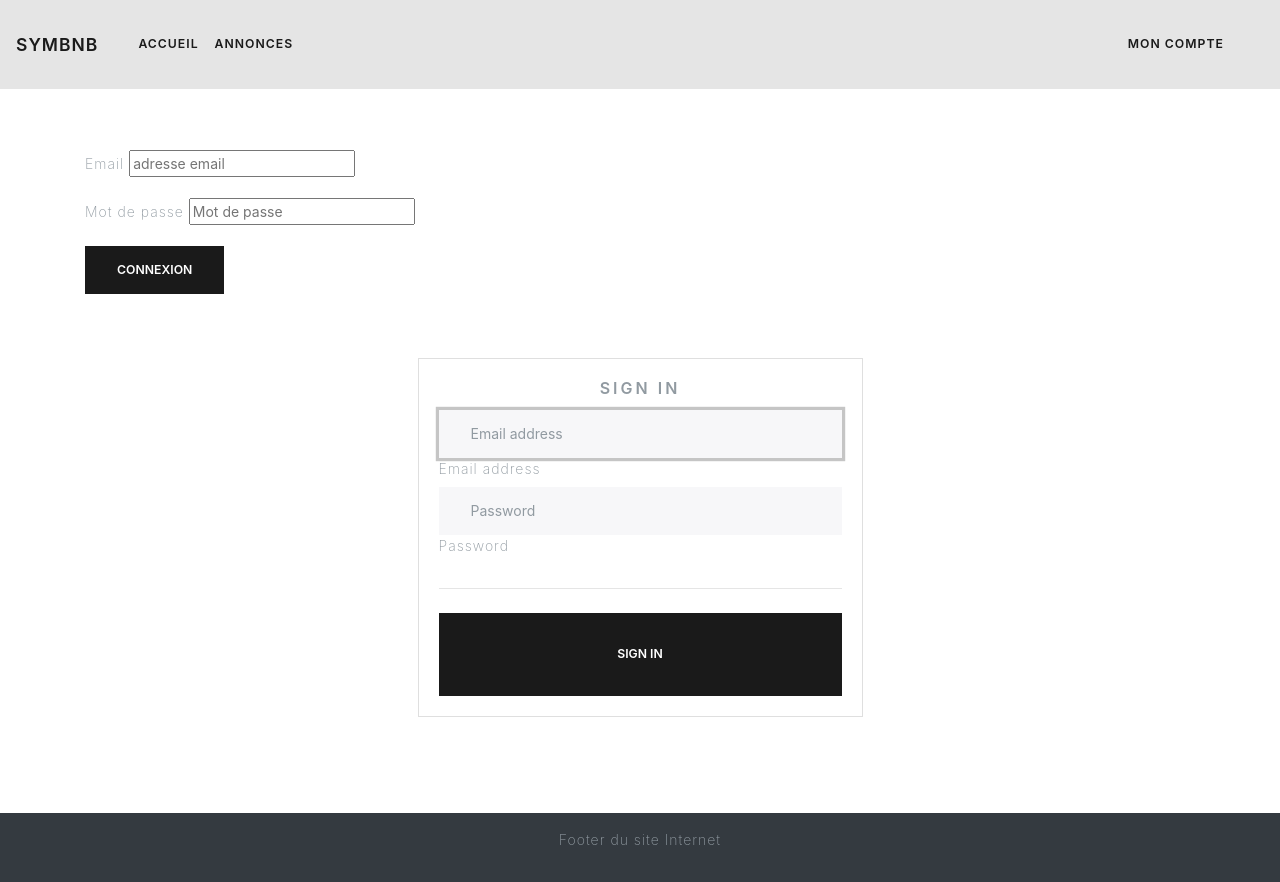
Repository: buzzEclair/symbnb
Page: templates/account/login.html.twig
The author's editor kept a copy of each file at every save. The page is drawn from the files as they stood at one save, then again after the next save.
The browser window is 1280 px wide. The pictures show the whole page.
Some web fonts or font styles are not loaded; a fallback is used. The page is a Twig template of a Symfony application; nobody is signed in and links lead nowhere. The template is opened directly, without the code that normally fills it, so the values that code supplies are empty.

Above is the page before, as saved 2019-03-03 17:01:43.

### templates/account/login.html.twig
{% extends 'base.html.twig' %}

{% block title %}Login!{% endblock %}

{% block body %}
<div class="container">
    <form action="">
        <div class="form-group">
            <label for="email">Email</label>
            <input type="text" name="_username" id="email" placeholder="adresse email">
        </div>
        <div class="form-group">
            <label for="password">Mot de passe</label>
            <input type="password" name="_password" id="password" placeholder="Mot de passe">
        </div>
        <div class="form-group">
            <button type="submit" class="btn btn-primary">Connexion</button>
        </div>
    </form>
    <div class="row">
    <div class="col-sm-9 col-md-7 col-lg-5 mx-auto">
        <div class="card card-signin my-5">
        <div class="card-body">
            <h5 class="card-title text-center">Sign In</h5>
            <form class="form-signin">
            <div class="form-label-group">
                <input type="email" id="inputEmail" class="form-control" placeholder="Email address" required autofocus>
                <label for="inputEmail">Email address</label>
            </div>

            <div class="form-label-group">
                <input type="password" id="inputPassword" class="form-control" placeholder="Password" required>
                <label for="inputPassword">Password</label>
            </div>

            <hr class="my-4">
            <button class="btn btn-lg btn-primary btn-block text-uppercase" type="submit">Sign in</button>


            </form>
        </div>
        </div>
    </div>
    </div>
</div>
{% endblock %}

### templates/base.html.twig
<!DOCTYPE html>
<html>
    <head>
        <meta charset="UTF-8">
        <title>{% block title %}Welcome!{% endblock %}</title>
        <link rel="stylesheet" href="/css/bootstrap.min.css">
        <link rel="stylesheet" href="/css/base.css">
        {% block stylesheets %}{% endblock %}
    </head>
    <body>

        {% include 'partials/header.html.twig' %}

        <style>
            .container{padding-top: 150px;}
        </style>
        {% block body %}{% endblock %}
        {% include 'partials/footer.html.twig' %}
        <script src="/js/jquery.min.js"></script>
        <script src="/js/popper.min.js"></script>
        <script src="/js/bootstrap.min.js"></script>
        {% block javascripts %}{% endblock %}
    </body>
</html>

### templates/partials/header.html.twig
<nav class="navbar navbar-expand-lg">
    <a class="navbar-brand" href="{{path('homepage')}}">Symbnb</a>
    <button class="navbar-toggler" type="button" data-toggle="collapse" data-target="#navbarColor01" aria-controls="navbarColor01" aria-expanded="false" aria-label="Toggle navigation">
        <span class="navbar-toggler-icon">Menu</span>
    </button>

    <div class="collapse navbar-collapse" id="navbarColor01">
        <ul class="navbar-nav mr-auto">
            <li class="">
                <a class="nav-link" href="{{path('homepage')}}">Accueil </a>
            </li>
            <li class="">
                <a class="nav-link" href="{{path('ads_index')}}">Annonces </a>
            </li>
        </ul>

        <ul class="navbar-nav ml-auto">
            <li class="nav-item">
                <a class="nav-link" href="{{path('homepage')}}">Mon compte</a>
            </li>
        </ul>
    </div>
</nav>

{% for label, messages in app.flashes %}
    <div class="container">
        <div class="alert alert-success">
            {% for message in messages %}
                <p>{{ message | raw }}</p>
            {% endfor %}
        </div>
    </div>
{% endfor %}

### templates/partials/footer.html.twig
<footer class="mt-5 bg-dark py-3 text-center">
    <p>Footer du site Internet</p>
</footer>

### public/css/base.css
.navbar{
    position: absolute;
    z-index: 10;
    width: 100%;
    background: rgba(0, 0, 0, 0.1);
}

Loaded but not shown: public/css/bootstrap.min.css (library); public/js/jquery.min.js (library); public/js/popper.min.js (library); public/js/bootstrap.min.js (library)

After the next save:
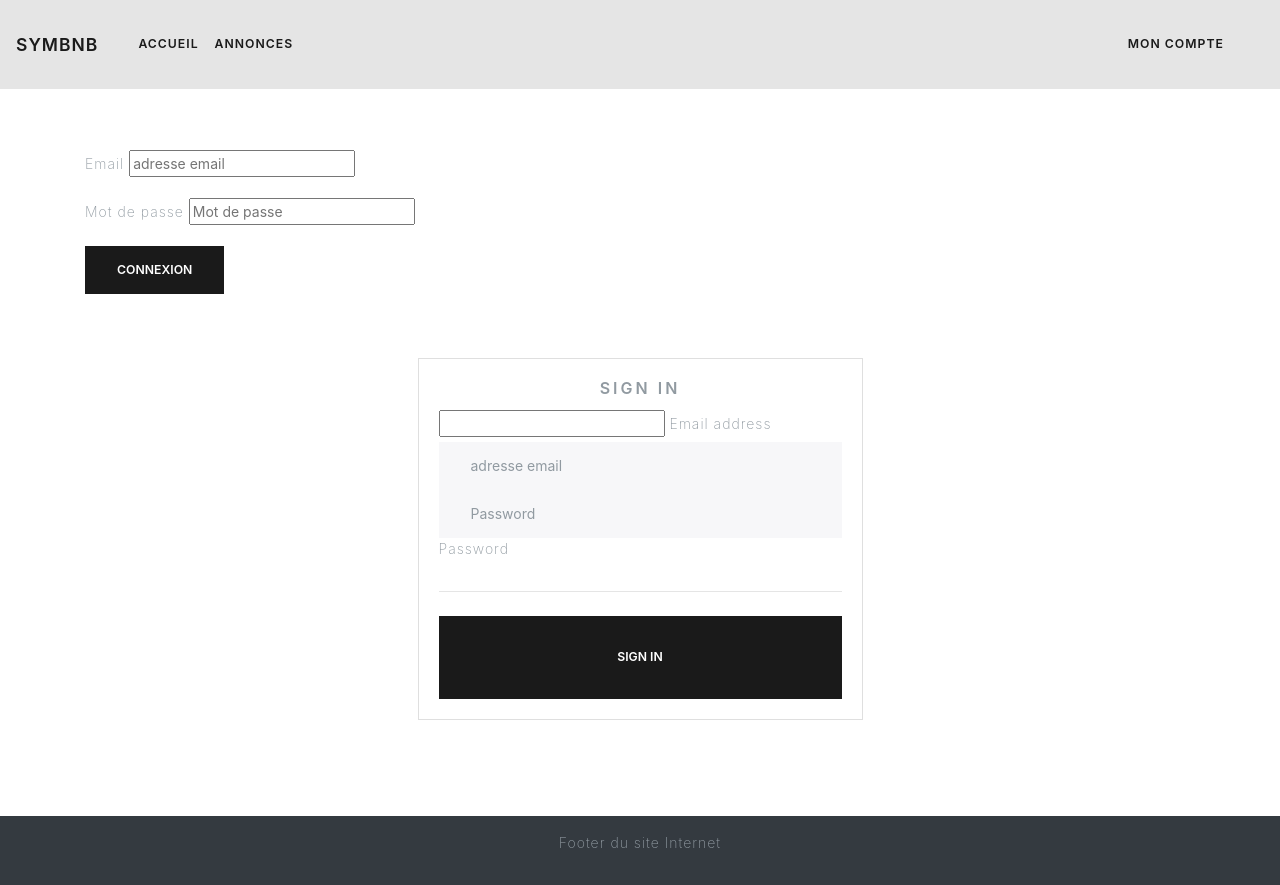
Saved 55 s later.
--- a/templates/account/login.html.twig
+++ b/templates/account/login.html.twig
@@ -24,8 +24,9 @@
             <h5 class="card-title text-center">Sign In</h5>
             <form class="form-signin">
             <div class="form-label-group">
-                <input type="email" id="inputEmail" class="form-control" placeholder="Email address" required autofocus>
-                <label for="inputEmail">Email address</label>
+                <input type="email" id="inputEmail" tofocus>
+                <label for="email">Email address</label>
+                <input type="text" name="_username" id="email" placeholder="adresse email" class="form-control" placeholder="Email address" required au>
             </div>
 
             <div class="form-label-group">
